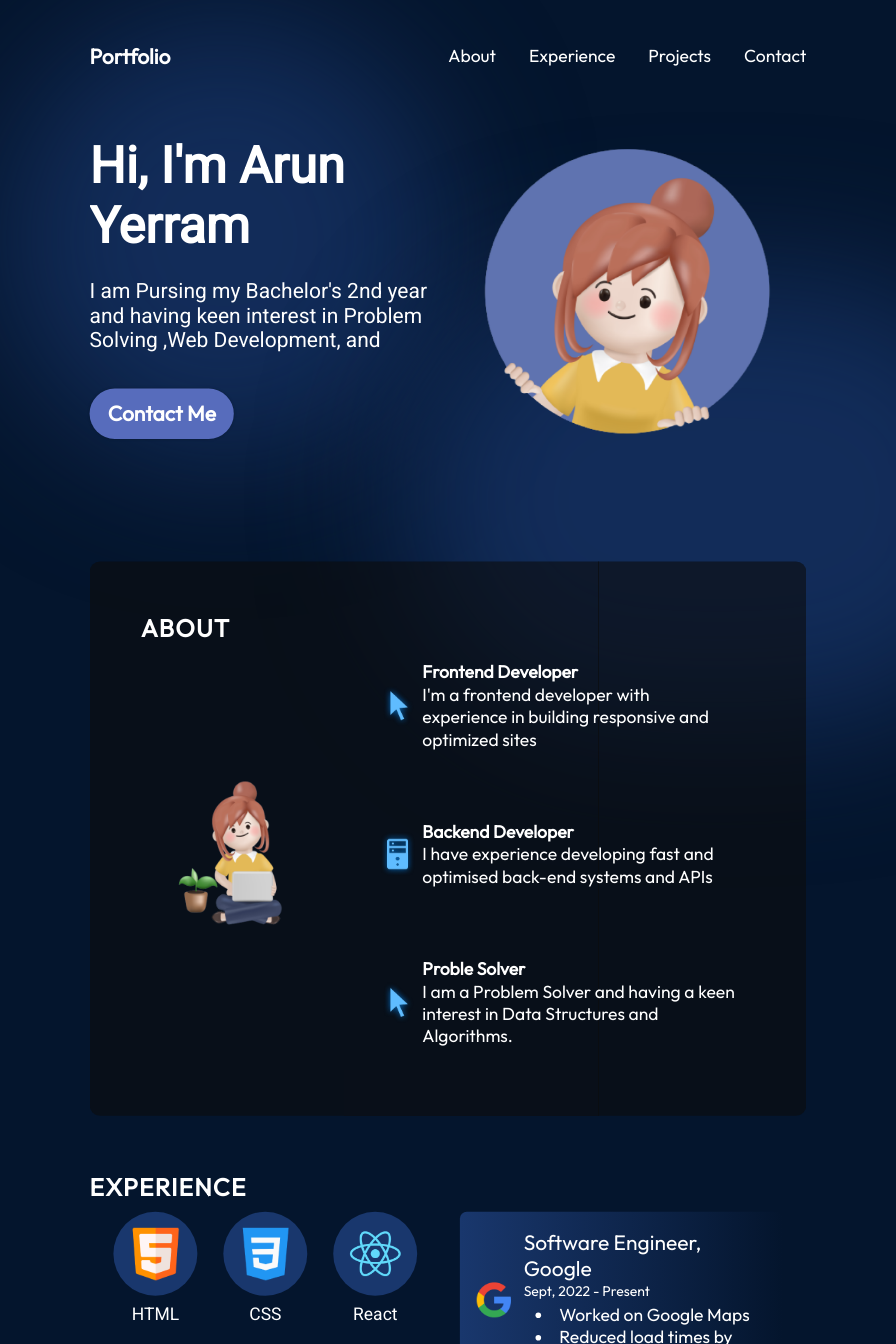
Repository: ARUN-YERRAM/Arun-Yerram-s-Portfolio-Website
Page: /
These files come from the project's save history. The page is drawn as it stood at one moment and after a run of saves; the edit follows.
The browser window is 1280 px wide. The pictures show the part of the page from y = 0 to 1920 px (the page is 4237 px tall), at 70% of full size.
The project was rebuilt for these pictures with package versions that can differ from the ones it lists, and the page was loaded fresh each time. Also part of the build but not shown: vite.config.js.

Above is the page before, as saved 2024-03-02 06:05:14.

After the next 2 saves:
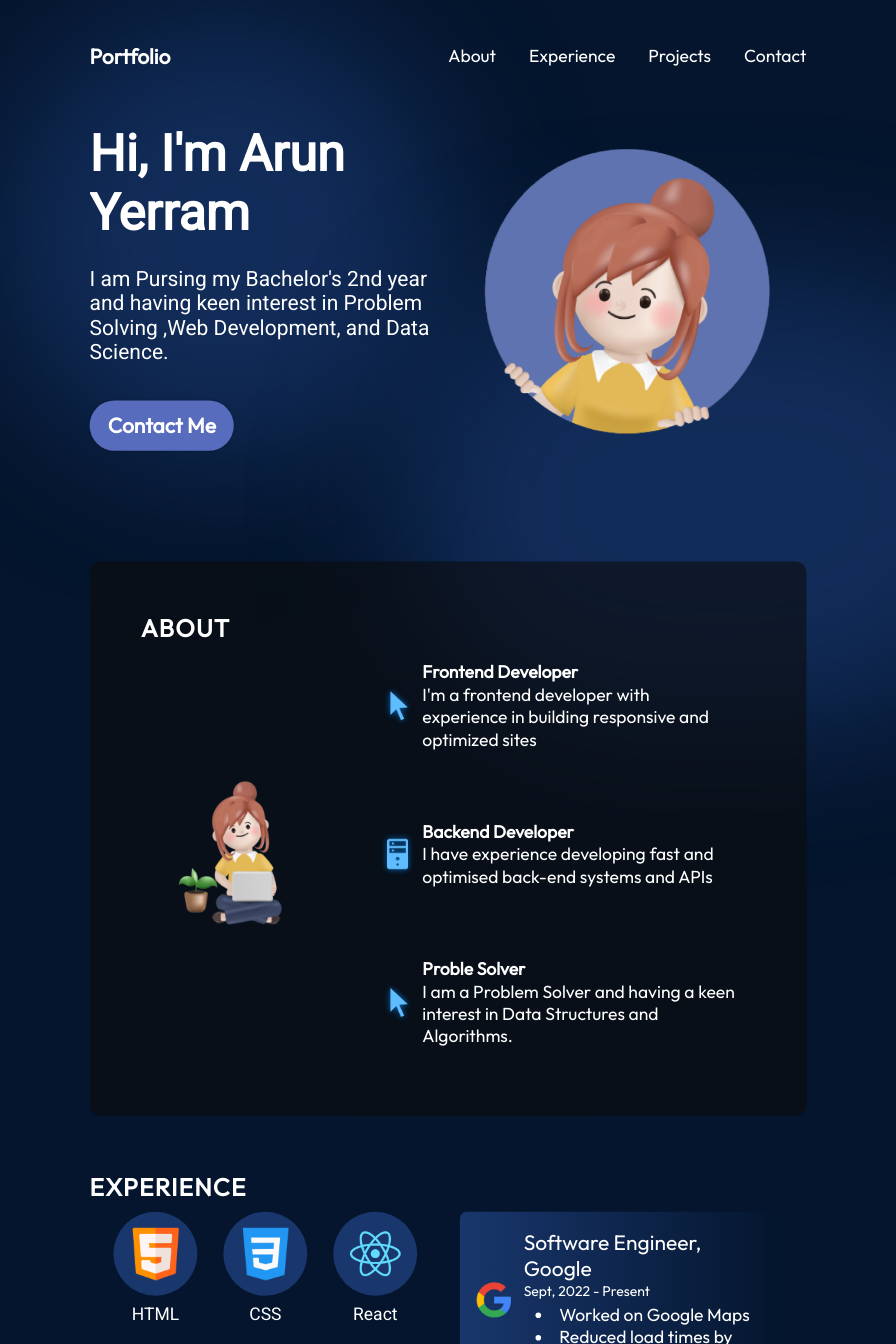
The 2 saves are shown as one change because they came seconds apart.
The last was saved 9 s later.
--- a/src/components/Hero/Hero.jsx
+++ b/src/components/Hero/Hero.jsx
@@ -11,7 +11,7 @@
         <p className={styles.description}>
           {/* I'm a full-stack developer with 5 years of experience using React and */}
           {/* NodeJS. Reach out if you'd like to learn more! */}
-          I am Pursing my Bachelor's 2nd year and having keen interest in Problem Solving ,Web Development, and
+          I am Pursing my Bachelor's 2nd year and having keen interest in Problem Solving ,Web Development, and Data Science.
 
         </p>
         <a href="mailto:myemail@email.com" className={styles.contactBtn}>
